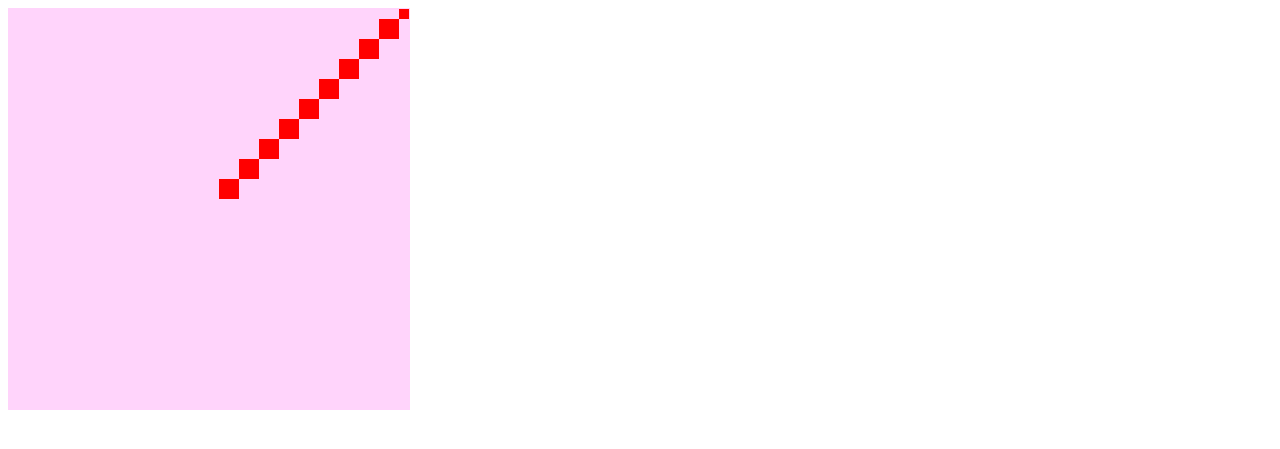
Repository: HyunraDate/ZhongpingShen
Page: Chocolate.html
The author's editor kept a copy of each file at every save. The page is drawn from the files as they stood at one save, then again after the next save.
The browser window is 1280 px wide. The pictures show the whole page.

Above is the page before, as saved 2024-02-16 14:39:21.

After the next save:
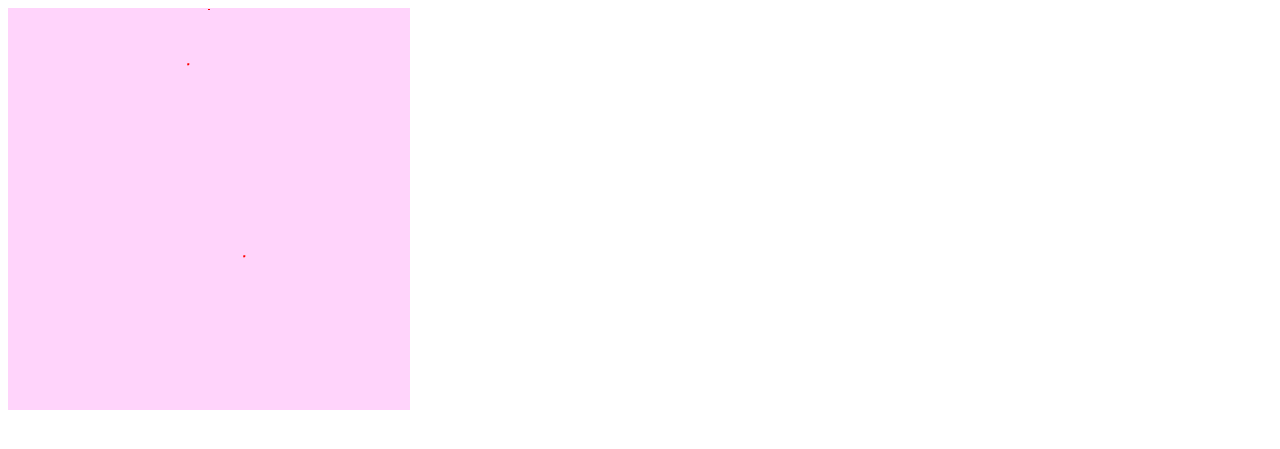
Saved 86 s later.
--- a/app2.js
+++ b/app2.js
@@ -15,7 +15,7 @@ let vertexShader = `
 attribute vec2 a_position;
 void main() {
     gl_Position = vec4(a_position, 0.0, 1.0);
-    gl_PointSize = 20.0;
+    gl_PointSize = 2.0;
 }
 `
 //glsl
@@ -145,8 +145,11 @@ gl.clear(gl.COLOR_BUFFER_BIT)
 let x = 0
 let y = 0
 for(let i = 0; i < 10; i++){
-    x += 0.1
-    y += 0.1
+    let r = 0.5
+    x += Math.sin(i)
+    y += Math.cos(i) //应该是个元
+
+
     let location = gl.getAttribLocation(gl.program, 'a_position') //传参：我们WebGL的名称：program
     console.log(location) //获取成功是0，失败是-1
 
